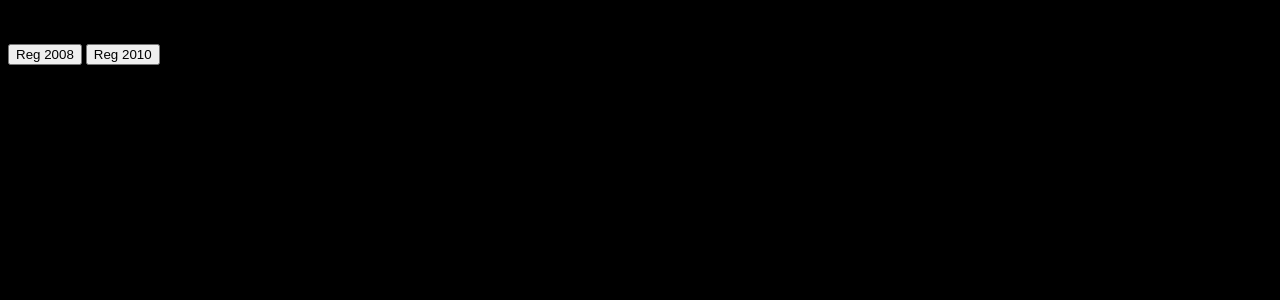
Repository: vigineshs/Mobile-Applications
Page: AnnaUniv GPA Calc/AnnaUniv GPA Calculator Updated/assets/www/cse.html
The author's editor kept a copy of each file at every save. The page is drawn from the files as they stood at one save, then again after the next save.
The browser window is 1280 px wide. The pictures show the whole page.

Above is the page before, as saved 2012-05-05 08:21:25.

### AnnaUniv GPA Calc/AnnaUniv GPA Calculator Updated/assets/www/cse.html
<!DOCTYPE HTML>
<html>
<head>
<title>GPA</title>
<script type="text/javascript" charset="utf-8" src="/AnnaUniv GPA Calculator/assets/www/cordova-1.7.0.js"></script>

</head>
<body style="background-color:black; color:white" >
<br /> <br />
<a href="reg08cs.html"><input type="button" value="Reg 2008" /></a>
<a href="reg08cs.html"><input type="button" value="Reg 2010" /></a>
</body>
</html>

Loaded but not shown: AnnaUniv GPA Calc/AnnaUniv GPA Calculator Updated/assets/www/cordova-1.7.0.js (library)

After the next save:
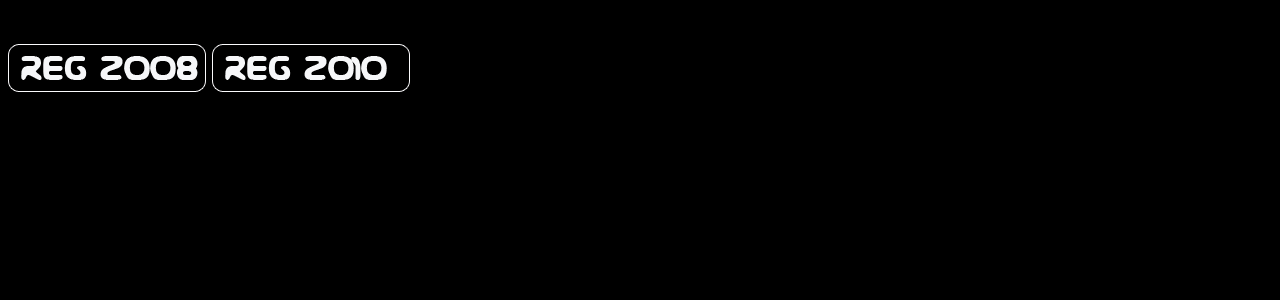
Saved 6 h 34 min later.
--- a/AnnaUniv GPA Calc/AnnaUniv GPA Calculator Updated/assets/www/cse.html
+++ b/AnnaUniv GPA Calc/AnnaUniv GPA Calculator Updated/assets/www/cse.html
@@ -7,7 +7,7 @@
 </head>
 <body style="background-color:black; color:white" >
 <br /> <br />
-<a href="reg08cs.html"><input type="button" value="Reg 2008" /></a>
-<a href="reg08cs.html"><input type="button" value="Reg 2010" /></a>
+<a href="reg08cs.html" onmouseover="document.cont.src='reg08.png'" onclick="document.cont.src='reg08.png'" onMouseOut="document.cont.src='reg081.png'" ><img src="reg081.png" name="cont" border="0" /></a>
+<a href="reg08cs.html" onmouseover="document.conta.src='reg10.png'" onclick="document.conta.src='reg10.png'" onMouseOut="document.conta.src='reg101.png'" ><img src="reg101.png" name="conta" border="0" /></a>
 </body>
 </html>
